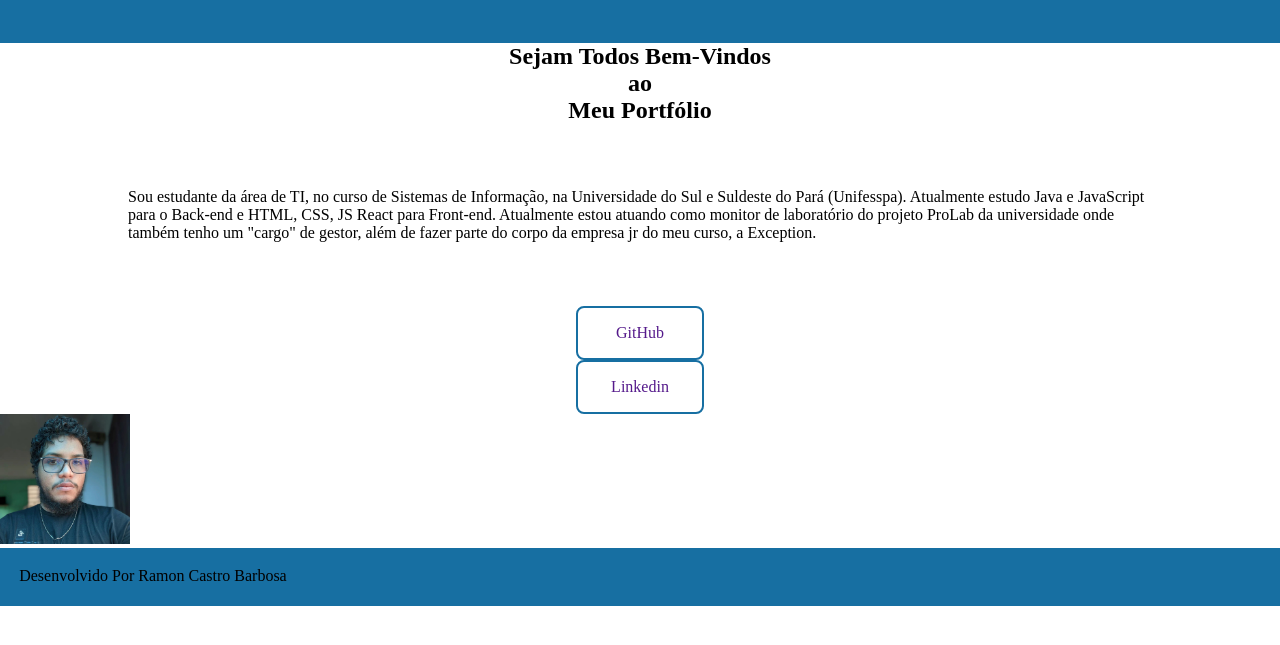
Repository: ramoncbarbosa/Web1_Atividade2
Page: index.html
An editor plug-in stored every save of this project. The page is shown before and after the next save, followed by the edit.
The browser window is 1280 px wide. The pictures show the whole page.

Above is the page before, as saved 2023-06-10 15:41:50.

After the next save:
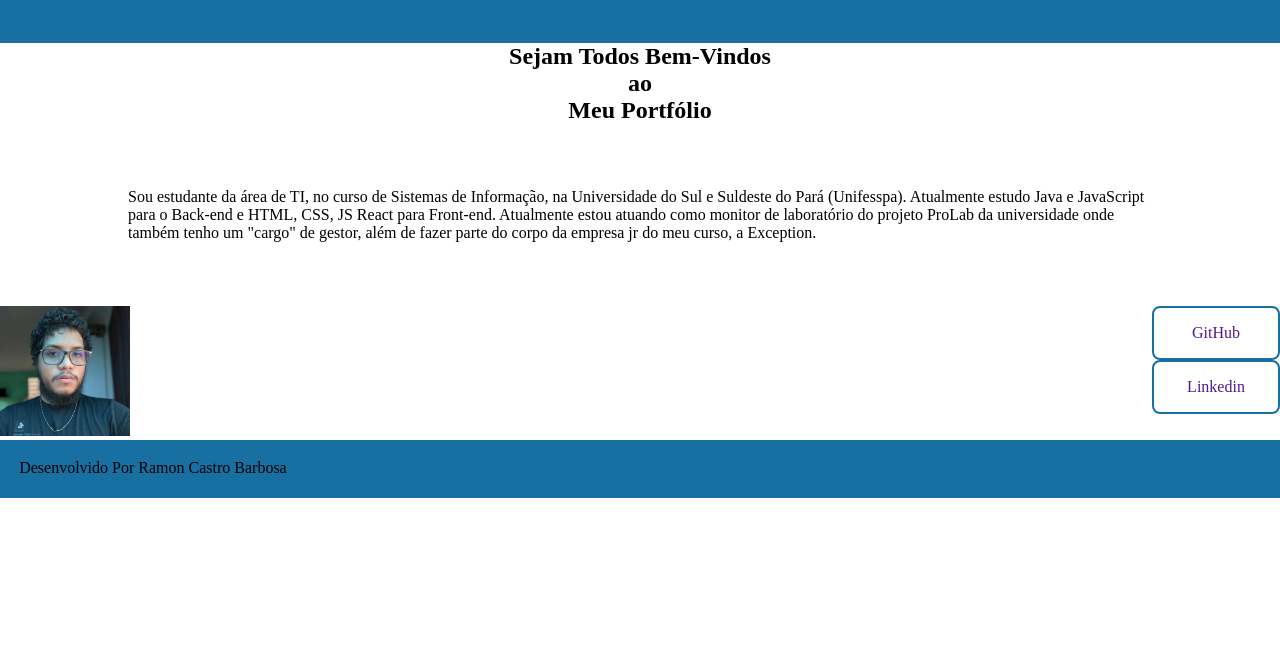
Saved 5 s later.
--- a/styles/styles.css
+++ b/styles/styles.css
@@ -61,7 +61,7 @@
     border: 2px solid var(--cor-um);
     border-radius: 0.5rem;
 
-   float: ;
+   float: right;
 }
 
 .imagem{
